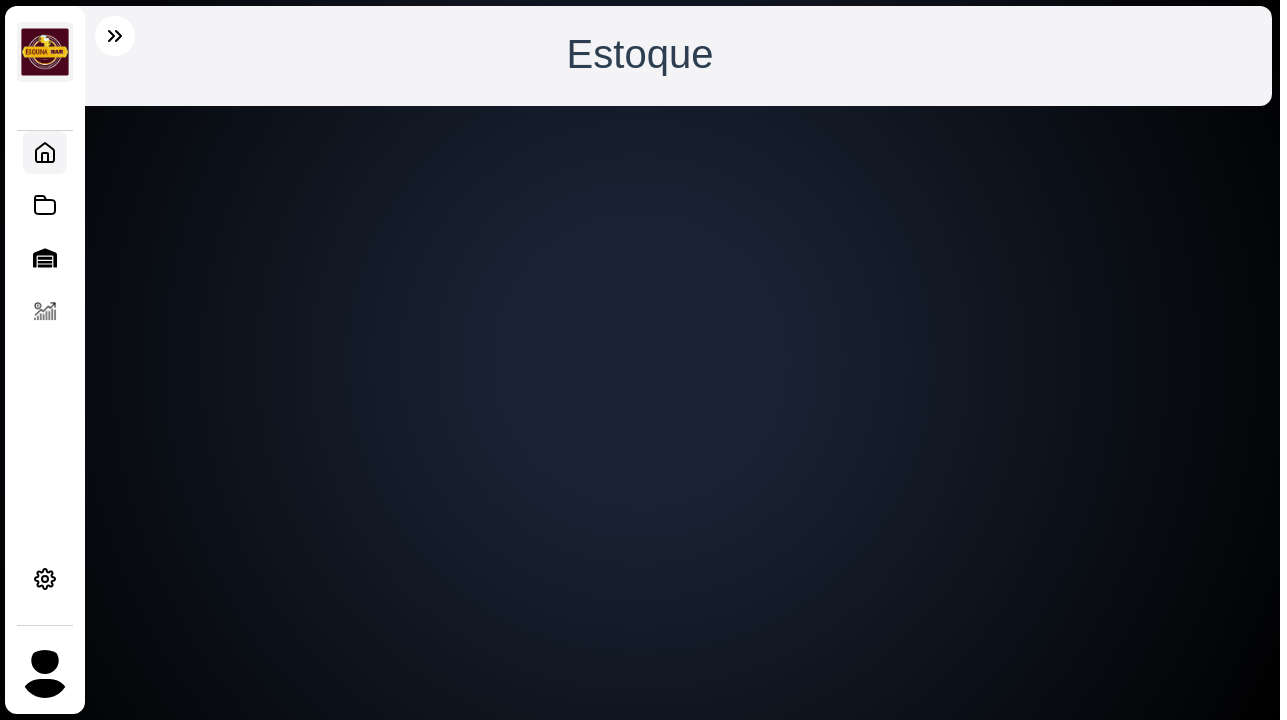
Repository: jazaoo13/Projeto_Oficina_Integracao
Page: / (app in Aplicacao_vue/)
These files come from the project's save history. The page is drawn as it stood at one moment and after the next save; the edit follows.
The browser window is 1280 px wide. The page is 1287 px wide, so the pictures cover 1287 px, including what lies to the right of the window. The pictures show the whole page.
The page's requests for data from a server got no answer. The project was rebuilt for these pictures with package versions that can differ from the ones it lists, and the page was loaded fresh each time. No one was signed in, and anything a server would have sent is missing. Also part of the build but not shown: Aplicacao_vue/vue.config.js, Aplicacao_vue/src/View/jazao.vue.

Above is the page before, as saved 2023-11-19 14:36:24.

### Aplicacao_vue/public/index.html
<!DOCTYPE html>
<html lang="">
  <head>
    <meta charset="utf-8">
    <meta name="viewport" content="width=device-width, initial-scale=1">
    <meta http-equiv="X-UA-Compatible" content="IE=edge">
    <meta name="viewport" content="width=device-width,initial-scale=1.0">
    <link rel="icon" href="<%= BASE_URL %>favicon.ico">
    <link href="https://cdn.jsdelivr.net/npm/bootstrap@5.3.2/dist/css/bootstrap.min.css" rel="stylesheet" integrity="sha384-T3c6CoIi6uLrA9TneNEoa7RxnatzjcDSCmG1MXxSR1GAsXEV/Dwwykc2MPK8M2HN" crossorigin="anonymous">
    <title>Controle de Bebidas</title>
  </head>
  <body>
    <script src="https://cdn.jsdelivr.net/npm/bootstrap@5.3.2/dist/js/bootstrap.bundle.min.js" integrity="sha384-C6RzsynM9kWDrMNeT87bh95OGNyZPhcTNXj1NW7RuBCsyN/o0jlpcV8Qyq46cDfL" crossorigin="anonymous"></script>
    <div id="app"></div>
    <!-- built files will be auto injected -->
  </body>
</html>

### Aplicacao_vue/src/main.js
import Vue from 'vue'
import App from './App.vue'
import {BootstrapVue, IconsPlugin} from 'bootstrap-vue';
import 'font-awesome/css/font-awesome.css';
import 'bootstrap-vue/dist/bootstrap-vue.css'
import 'bootstrap/dist/css/bootstrap.css'
import router from './router'
import Vuex from 'vuex'
import store from './store'

Vue.config.productionTip = false
Vue.use(BootstrapVue);
Vue.use(IconsPlugin);
Vue.use(Vuex);

new Vue({
  router,
  store,
  render: h => h(App)
}).$mount('#app')

### Aplicacao_vue/src/router/index.js
import Vue from 'vue'
import VueRouter from 'vue-router'
import Home from '../View/Home.vue'
import jazao_component from '../View/jazao.vue'
Vue.use(VueRouter)

const routes = [
  {
    path: '/',
    name: 'home',
    component: Home
  },
  {
    path: '/jazao',
    name: 'Jazao',
    component: jazao_component
    //component: () => import(/* webpackChunkName: "about" */ '../View/HomeTeste.vue')
  },

]

const router = new VueRouter({
  mode: 'history',
  base: process.env.BASE_URL,
  routes
})

export default router

### Aplicacao_vue/src/store.js
import Vue from 'vue'
import Vuex from 'vuex'

Vue.use(Vuex)

const store = new Vuex.Store({
    data(){
        return{
            isActive: false
        }
    },
    state: {
        count: 0,
        isActive: false
    },
    mutations: {
        increment(state) {
            state.count++
        },
        setIsActive(state){
            state.isActive = !state.isActive
        }
    },

})
export default store

### Aplicacao_vue/src/View/Home.vue
<template>
    <div class="bodyClass">
        <div class="container-fluid">
            <div class="row">
                <Sidebar></Sidebar>
            </div>
            <div class="content-container">
                <HeaderPage></HeaderPage>
                <EstoqueView></EstoqueView>
            </div>
        </div>

    </div>
</template>

<script>
import axios from 'axios';
import Sidebar from './Sidebar.vue';
import HeaderPage from './Header.vue'
import EstoqueView from '../components/EstoqueView.vue'
export default {
    name: 'HomePage',
    components: {
        Sidebar,
        HeaderPage,
        EstoqueView
    },
    data() {
        return {
            lstApi: '',
        };
    },
    methods: {
        chamar_api() {
            let url = 'https://catfact.ninja/fact';
            axios
                .get(url, {

                })
                .then((resposta) => {
                    this.lstApi = resposta
                })
                .catch((erro) => console.log(erro));
        },
    },
    mounted() {
        this.chamar_api()
    },
};
</script>

<style lang="scss" scoped>
.bodyClass {
    height: 100vh;
    background: radial-gradient(circle at 50% 50%, #192233 20%, #000);
    padding: 0.375rem;
    font-family: Poppins, sans-serif;
    display: flex;
}
.container-fluid {
  flex: 1;
  display: flex;
  flex-direction: column;
  padding-right: 2px;
  padding-left: 2px;
}
.row {
  display: flex;
  flex: 1;
}
.content-container {
  display: flex;
  flex-direction: column;
  flex: 1500;
}
</style>

### Aplicacao_vue/src/View/Sidebar.vue
<template>
    <div>
        <nav :class="{ 'isActive': this.$store.state.isActive }">
            <div class="sidebar-header" :class="{ 'isActive': this.$store.state.isActive }">
                <a class="logo-wrapper">
                    <img src="@/assets/logo_esquina.png" alt="Logo" :class="{ 'isActive': this.$store.state.isActive }">
                    <h2 :class="{ 'isActive': this.$store.state.isActive }">Bar da Esquina</h2>
                </a>
                <button class="toggle-btn" @click="toggle()">
                    <img src="../assets/expand.svg" alt="expand button">
                </button>
            </div>

            <div class="sidebar-links" :class="{ 'isActive': this.$store.state.isActive }">
                <a class="link active">
                    <img src="../assets/home.svg" alt="">
                    <span :class="{ 'isActive': this.$store.state.isActive }">Home</span>
                </a>
                <a class="link">
                    <img src="../assets/projects.svg" alt="">
                    <span :class="{ 'isActive': this.$store.state.isActive }">Cadastro</span>
                </a>
                <a class="link">
                    <img src="../assets/estoque.svg" alt="">
                    <span :class="{ 'isActive': this.$store.state.isActive }">Estoque</span>
                </a>
                <a class="link">
                    <img src="../assets/vendas.png" alt="">
                    <span :class="{ 'isActive': this.$store.state.isActive }">Vendas</span>
                </a>
            </div>


            <div class="sidebar-bottom" :class="{ 'isActive': this.$store.state.isActive }">
                <div class="sidebar-links" :class="{ 'isActive': this.$store.state.isActive }">
                    <a class="link">
                        <img src="../assets/settings.svg" alt="">
                        <span :class="{ 'isActive': this.$store.state.isActive }">Configurações</span>
                    </a>
                </div>

                <div class="user-profile" :class="{ 'isActive': this.$store.state.isActive }">
                    <div class="user-avatar">
                        <img src="../assets/user.svg" alt="">
                    </div>
                    <div class="user-details" :class="{ 'isActive': this.$store.state.isActive }">
                        <p class="username">Usuario</p>
                        <p class="user-email">email@gmail.com</p>
                    </div>
                </div>
            </div>
        </nav>
    </div>
</template>

<script>
import store from '../store';
import { mapState } from 'vuex'
export default {
    name: "SiderBar",
    store,
    components: {
    },
    data() {
        return {
            //isActive:false,
            // imagens:{
            //     imagem1: url=''
            // }
            //array de objetos para os botoes laterais
        }
    },
    methods: {
        Abre_Cadastro() {

        },
        computed: {
            ...mapState(['isActive'])

        },
        toggle() {
            this.$store.commit('setIsActive');

            const toggleBtn = document.querySelector(".toggle-btn");
            toggleBtn.style.transform = this.$store.state.isActive ? "rotate(180deg)" : "rotate(0deg)";
        },
    },
    mounted() {

    },
}
</script>


<style lang="scss">
*,
*::before,
*::after {
    margin: 0;
    padding: 0;
    box-sizing: border-box;
}

button,
a {
    all: unset;
    font: inherit;
    cursor: pointer;
    text-decoration: none !important;
}

a:hover {
    color: inherit !important;
}

nav {
    position: fixed;
    width: 5rem;
    height: calc(100vh - 0.75rem);
    background-color: #ffffff;
    padding: 1rem 0.75rem;
    border-radius: 0.75rem;
    display: flex;
    flex-direction: column;
    transition: width 500ms ease;

    &.isActive {
        width: 15rem;
    }
}

h2 {
    display: none;

    &.isActive {
        display: inline;
        font-size: 1.5rem;
    }
}

.sidebar-header,
.sidebar-links {
    display: flex;
    justify-content: center;
    align-items: center;
    overflow: hidden;
    flex-direction: column;
    margin-bottom: auto;
    gap: 0.6rem;
    padding-bottom: 1.5rem;
    &.isActive {
        justify-content: start;
        align-items: stretch;
    }
}
// .sidebar-links {
//     flex-direction: column;
//     margin-bottom: auto;
//     gap: 0.6rem;
//     padding-bottom: 1.5rem;
// }
.sidebar-header {
    margin-bottom: 1.5rem;

    &.isActive {
        justify-content: start;
        align-items: stretch;
    }
}

.logo-wrapper {
    display: flex;
    justify-content: start;
    align-items: center;
    gap: 1.25rem;
    text-decoration: none !important;
}

a.logo-wrapper:hover {
    color: inherit !important;
}

.logo-wrapper>img {
    width: 60px;
    height: 60px;
    background-color: #f4f4f6;
    padding: 0.4rem;
    border-radius: 0.5rem;

    &.isActive {
        width: 100px;
        height: 100px;
    }
}

nav>.sidebar-links {
    border-top: 1px solid rgb(211, 211, 211);
}

.link {
    display: flex;
    padding: 0.6rem;
    border-radius: 0.5rem;
    gap: 1.5rem;
}

span {
    display: none;

    &.isActive {
        display: inline;
    }
}

.link:hover,
.link.active:hover {
    background-color: #e4e4e8;
}

.link.active {
    background-color: #f4f4f6;
}

.link>img {
    width: 24px;
    height: 24px;
}

.sidebar-bottom .sidebar-links {
    padding-bottom: 1.5rem;
}

.toggle-btn {
    position: absolute;
    top: 10px;
    right: -50px;
    padding: 0.5rem;
    background-color: #fff;
    border-radius: 50%;
    display: flex;
    justify-content: center;
    align-items: center;
    transition: transform 0.25s ease;
}

.user-profile {
    display: flex;
    justify-content: center;
    align-items: center;
    gap: 1.5rem;
    padding-top: 1.5rem;
    border-top: 1px solid rgb(211, 211, 211);

    &.isActive {
        justify-content: start;
        align-items: stretch;
    }
}

.user-avatar {
    width: 48px;
    height: 48px;
    cursor: pointer;
    transition: scale 0.2s ease;
}

.user-avatar img {
    width: 100%;
    height: 100%;
    border-radius: 50%;
    object-fit: cover;
}

.user-avatar:hover {
    scale: 1.1;
}

.user-details {
    align-self: center;
    overflow: hidden;
    display: none;

    .username {
        font-size: 0.85rem;
        font-weight: 600;
    }

    .user-email {
        font-size: 0.8rem;
    }

    &.isActive {
        display: inline;
    }

}</style>

### Aplicacao_vue/src/View/Header.vue
<template>
    <div>
        <div class="header" :class="{ 'isActive': this.$store.state.isActive }">
        <h1 class="titulo">Estoque</h1>
        </div>
    </div>
</template>

<script>
import { mapState } from 'vuex'
export default {
    name: "HeaderPage",
    data() {
        return {
            //isActive: false,
        }
    },
    computed: {
        ...mapState(['isActive'])

    },
}
</script>

<style lang="scss" scoped>
.header {
    //width: calc(100% - 85px);
    background-color: #f4f4f6;
    border-radius: 0.75rem;
    height: 100px;
    margin-left:auto;
    transition: width 500ms ease ;
    &.isActive{
        //width:calc(100% - 245px);
        transition: width 500ms ease ;
    }
}
.titulo{
    height: 100%;
    padding-top: 1.5rem;
}

// .header{

// }
</style>

### Aplicacao_vue/src/components/EstoqueView.vue
<template>
    <div class="backPage">

    </div>
</template>

<script>
import store from '../store';
import { mapState } from 'vuex'
    export default {
        name:"EstoqueView",
        store,
        methods: {
        computed: {
            ...mapState(['isActive'])

        }
    },
    }
</script>

<style lang="scss" scoped>
.backpage{
    background-color: aqua;
    width: 100%;
    height: 100%;
}
</style>

Loaded but not shown: Aplicacao_vue/src/App.vue (common file)

After the next save:
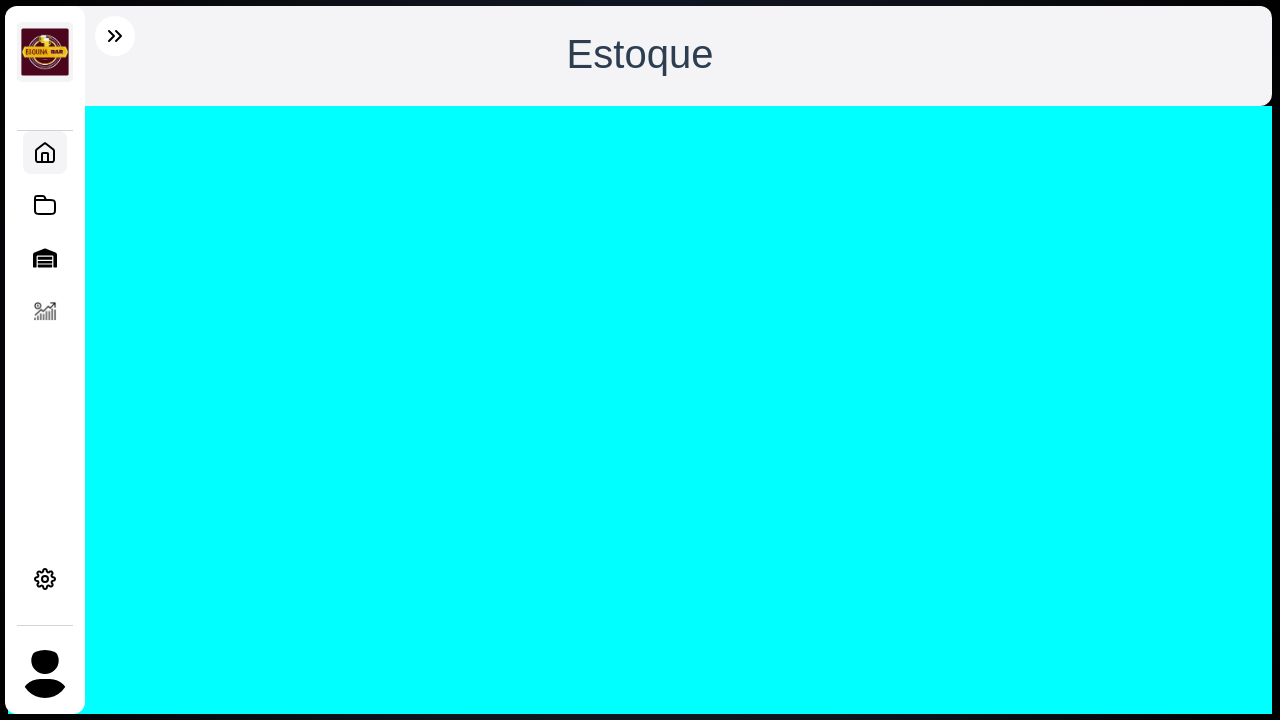
Saved 8 s later.
--- a/Aplicacao_vue/src/components/EstoqueView.vue
+++ b/Aplicacao_vue/src/components/EstoqueView.vue
@@ -20,7 +20,7 @@ import { mapState } from 'vuex'
 </script>
 
 <style lang="scss" scoped>
-.backpage{
+.backPage{
     background-color: aqua;
     width: 100%;
     height: 100%;
